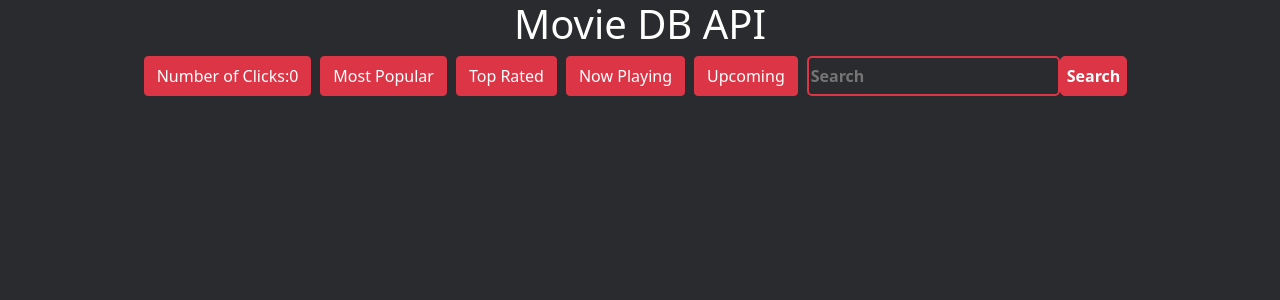
Repository: chaampavictor/moviedbapi
Page: /
The author's editor kept a copy of each file at every save. The page is drawn from the files as they stood at one save, then again after the next save.
The browser window is 1280 px wide. The pictures show the whole page.
The page's requests for data from a server got no answer. The project was rebuilt for these pictures with package versions that can differ from the ones it lists, and the page was loaded fresh each time. No one was signed in, and anything a server would have sent is missing. Also part of the build but not shown: src/components/details.js.

Above is the page before, as saved 2022-01-22 12:44:53.

After the next save:
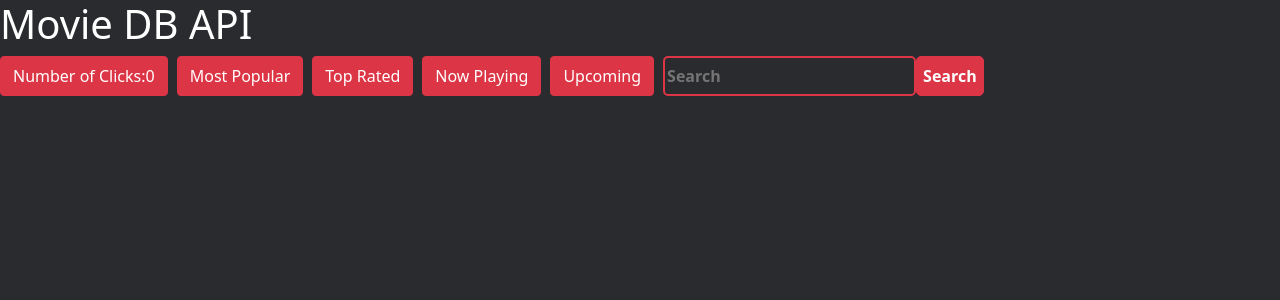
Saved 7 s later.
--- a/src/App.js
+++ b/src/App.js
@@ -84,16 +84,9 @@ function App() {
 
   return (
     <div className="App">
-      <h1 style={{ textAlign: "center", color: "#fff" }}>Movie DB API</h1>
+      <h1 className="HeaderText">Movie DB API</h1>
       <header>
-        <div
-          style={{
-            display: "flex",
-            justifyContent: "center",
-            alignItems: "center",
-            marginBottom: "12px",
-          }}
-        >
+        <div className="filterdiv">
           {/**/}
           <Button variant="danger" className="filterbutton">
             Number of Clicks:{count}
